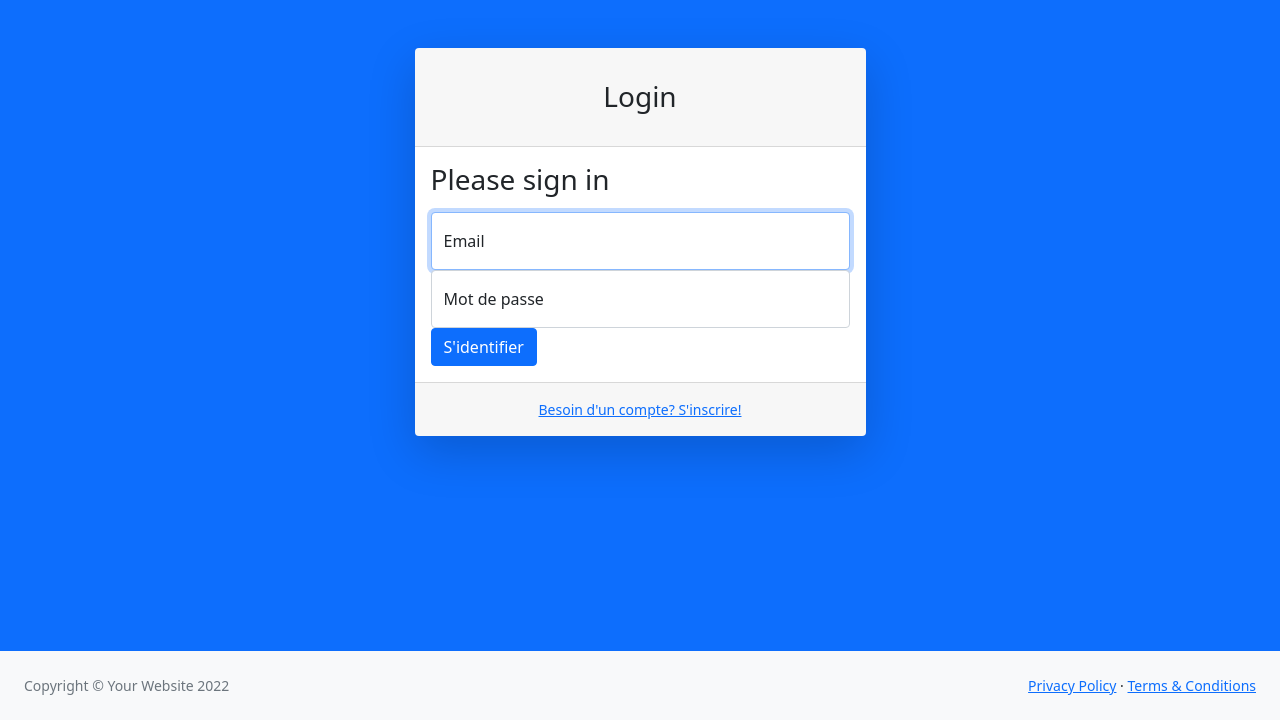
Repository: freddy1212/adulams
Page: templates/login.html.twig
The author's editor kept a copy of each file at every save. The page is drawn from the files as they stood at one save, then again after the next save.
The browser window is 1280 px wide. The pictures show the whole page.
Some web libraries are served in a nearby version. The page is a Twig template of a Symfony application; nobody is signed in and links lead nowhere. The template is opened directly, without the code that normally fills it, so the values that code supplies are empty.

Above is the page before, as saved 2022-08-29 18:08:07.

### templates/login.html.twig
<!DOCTYPE html>
<html lang="en">
    <head>
        <meta charset="utf-8" />
        <meta http-equiv="X-UA-Compatible" content="IE=edge" />
        <meta name="viewport" content="width=device-width, initial-scale=1, shrink-to-fit=no" />
        <meta name="description" content="" />
        <meta name="author" content="" />
        <title>Login - SB Admin</title>
        <link href="{{asset('assets/css/styles.css')}}" rel="stylesheet" />
        <script src="https://use.fontawesome.com/releases/v6.1.0/js/all.js" crossorigin="anonymous"></script>
    </head>
    <body class="bg-primary">
        <div id="layoutAuthentication">
            <div id="layoutAuthentication_content">
                <main>
                    <div class="container">
                        <div class="row justify-content-center">
                            <div class="col-lg-5">
                                <div class="card shadow-lg border-0 rounded-lg mt-5">
                                    <div class="card-header"><h3 class="text-center font-weight-light my-4">Login</h3></div>
                                    <div class="card-body">
                                        {% block body %}
                                            <form method="post">
                                                {% if error %}
                                                    <div class="alert alert-danger">{{ error.messageKey|trans(error.messageData, 'security') }}</div>
                                                {% endif %}

                                                {% if app.user %}
                                                    <div class="mb-3">
                                                        You are logged in as {{ app.user.userIdentifier }}, <a href="{{ path('app_logout') }}">Logout</a>
                                                    </div>
                                                {% endif %}

                                                <h1 class="h3 mb-3 font-weight-normal">
                                                    {% block pageTitle %}
                                                        Please sign in
                                                    {% endblock %}
                                                </h1>
                                                <div class="form-floating mb-6">
                                                    <label for="inputEmail">Email</label>
                                                    <input type="email" value="{{ last_username }}" name="email" id="inputEmail" class="form-control" autocomplete="email" required autofocus>
                                                </div>
                                                <div class="form-floating mb-6">
                                                    <label for="inputPassword">Mot de passe</label>
                                                    <input type="password" name="password" id="inputPassword" class="form-control" autocomplete="current-password" required>
                                                </div>


                                                <input type="hidden" name="_csrf_token"
                                                       value="{{ csrf_token('authenticate') }}"
                                                >

                                                {#
                                                    Uncomment this section and add a remember_me option below your firewall to activate remember me functionality.
                                                    See https://symfony.com/doc/current/security/remember_me.html

                                                    <div class="checkbox mb-3">
                                                        <label>
                                                            <input type="checkbox" name="_remember_me"> Remember me
                                                        </label>
                                                    </div>
                                                #}

                                                <button class="btn btn-primary" type="submit">
                                                    S'identifier
                                                </button>
                                            </form>
                                        {% endblock %}
                                    </div>
                                    <div class="card-footer text-center py-3">
                                        <div class="small"><a href="#">Besoin d'un compte? S'inscrire!</a></div>
                                    </div>
                                </div>
                            </div>
                        </div>
                    </div>
                </main>
            </div>
            <div id="layoutAuthentication_footer">
                <footer class="py-4 bg-light mt-auto">
                    <div class="container-fluid px-4">
                        <div class="d-flex align-items-center justify-content-between small">
                            <div class="text-muted">Copyright &copy; Your Website 2022</div>
                            <div>
                                <a href="#">Privacy Policy</a>
                                &middot;
                                <a href="#">Terms &amp; Conditions</a>
                            </div>
                        </div>
                    </div>
                </footer>
            </div>
        </div>
        <script src="https://cdn.jsdelivr.net/npm/bootstrap@5.1.3/dist/js/bootstrap.bundle.min.js" crossorigin="anonymous"></script>
        <script src="{{asset('assets/js/scripts.js')}}"></script>
    </body>
</html>

### public/assets/js/scripts.js
/*!
    * Start Bootstrap - SB Admin v7.0.5 (https://startbootstrap.com/template/sb-admin)
    * Copyright 2013-2022 Start Bootstrap
    * Licensed under MIT (https://github.com/StartBootstrap/startbootstrap-sb-admin/blob/master/LICENSE)
    */
    //
// Scripts
//

window.addEventListener('DOMContentLoaded', event => {

    // Toggle the side navigation
    const sidebarToggle = document.body.querySelector('#sidebarToggle');
    if (sidebarToggle) {
        // Uncomment Below to persist sidebar toggle between refreshes
        // if (localStorage.getItem('sb|sidebar-toggle') === 'true') {
        //     document.body.classList.toggle('sb-sidenav-toggled');
        // }
        sidebarToggle.addEventListener('click', event => {
            event.preventDefault();
            document.body.classList.toggle('sb-sidenav-toggled');
            localStorage.setItem('sb|sidebar-toggle', document.body.classList.contains('sb-sidenav-toggled'));
        });
    }

});

Loaded but not shown: public/assets/css/styles.css (library)

After the next save:
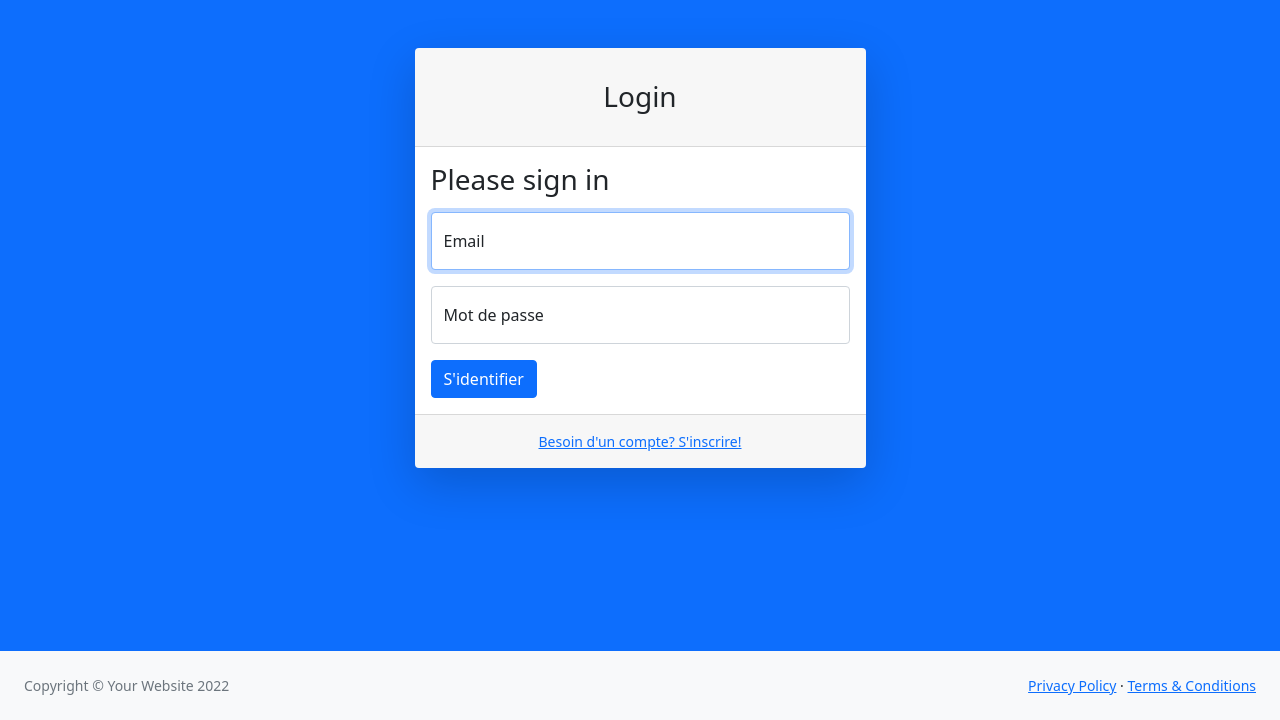
Saved 18 s later.
--- a/templates/login.html.twig
+++ b/templates/login.html.twig
@@ -37,11 +37,11 @@
                                                         Please sign in
                                                     {% endblock %}
                                                 </h1>
-                                                <div class="form-floating mb-6">
+                                                <div class="form-floating mb-3">
                                                     <label for="inputEmail">Email</label>
                                                     <input type="email" value="{{ last_username }}" name="email" id="inputEmail" class="form-control" autocomplete="email" required autofocus>
                                                 </div>
-                                                <div class="form-floating mb-6">
+                                                <div class="form-floating mb-3">
                                                     <label for="inputPassword">Mot de passe</label>
                                                     <input type="password" name="password" id="inputPassword" class="form-control" autocomplete="current-password" required>
                                                 </div>
